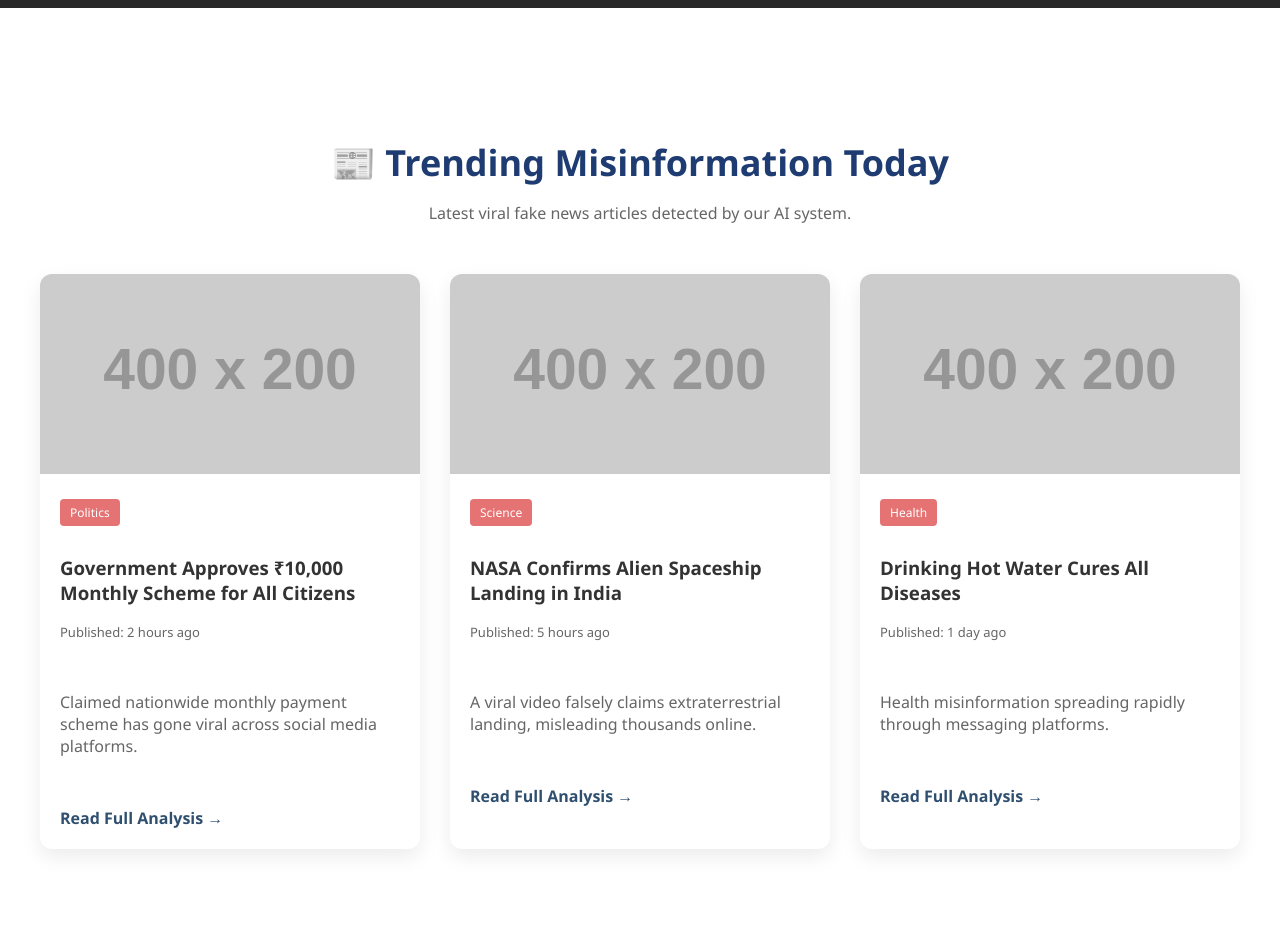
Repository: asadpathan2002-bot/Sprint1
Page: frontend/index.html
These files come from the project's save history. The page is drawn as it stood at one moment and after the next save; the edit follows.
The browser window is 1280 px wide. The pictures show the part of the page from y = 712 to 1664 px (the page is 1641 px tall before and 1664 px after).
Pictures or frames that could not be fetched are drawn as grey boxes.

Above is the page before, as saved 2026-03-03 13:38:16.

### frontend/index.html
<!DOCTYPE html>
<html lang="en">
<head>
<meta charset="UTF-8">
<meta name="viewport" content="width=device-width, initial-scale=1.0">
<title>TruthLens - Fake News Detection System</title>

<style>

/* ================= GLOBAL ================= */

* {
    box-sizing: border-box;
}

body {
    margin: 0;
    font-family: 'Segoe UI', sans-serif;
    background-color: #f4f6f9;
    color: #333;
}

/* ================= NAVBAR ================= */

.navbar {
    background: rgba(0,0,0,0.85);
    padding: 15px 50px;
    display: flex;
    justify-content: space-between;
    align-items: center;
    position: fixed;
    width: 100%;
    z-index: 1000;
}

.logo {
    height: 55px;
}

.nav-links {
    list-style: none;
    display: flex;
    gap: 35px;
    margin: 0;
    padding: 0;
}

.nav-links li a {
    text-decoration: none;
    color: #ffffff;
    font-weight: 500;
    transition: 0.3s;
}

.nav-links li a:hover {
    color: #00bfff;
}

/* ================= HERO ================= */

.hero {
    min-height: 100vh;
    background:
        linear-gradient(rgba(0,0,0,0.75), rgba(0,0,0,0.75)),
        url('https://images.unsplash.com/photo-1504711434969-e33886168f5c');
    background-size: cover;
    background-position: center;
    background-repeat: no-repeat;

    display: flex;
    flex-direction: column;
    justify-content: center;
    align-items: center;
    text-align: center;
    padding: 40px 20px;
    color: white;
}

.hero h1 {
    font-size: 55px;
    margin-bottom: 20px;
    letter-spacing: 2px;
    text-transform: uppercase;
}

.hero p {
    max-width: 650px;
    font-size: 19px;
    margin-bottom: 35px;
    line-height: 1.7;
    color: #ddd;
}

.hero button {
    padding: 14px 35px;
    font-size: 16px;
    border: none;
    background: linear-gradient(45deg, #007bff, #00bfff);
    color: white;
    border-radius: 30px;
    cursor: pointer;
    transition: 0.3s;
}

.hero button:hover {
    transform: scale(1.05);
    box-shadow: 0 0 20px rgba(0,191,255,0.6);
}

/* ================= SECTION ================= */

.section {
    padding: 100px 40px 80px 40px;
    text-align: center;
    background: #ffffff;
}

.section h2 {
    font-size: 36px;
    margin-bottom: 15px;
    color: #1e3c72;
}

.section p {
    max-width: 600px;
    margin: 0 auto 50px auto;
    color: #666;
}

/* ================= CARDS ================= */

.card-container {
    display: flex;
    justify-content: center;
    gap: 30px;
    flex-wrap: wrap;
}

.card {
    width: 280px;
    padding: 25px;
    background-color: #ffffff;
    border-radius: 15px;
    box-shadow: 0 10px 25px rgba(0,0,0,0.08);
    transition: 0.3s ease;
}

.card:hover {
    transform: translateY(-10px);
    box-shadow: 0 15px 30px rgba(0,0,0,0.15);
}

.tag {
    background-color: #e53935;
    color: white;
    padding: 5px 12px;
    border-radius: 20px;
    font-size: 12px;
    display: inline-block;
    margin-bottom: 12px;
}

.card h3 {
    font-size: 18px;
    margin-bottom: 10px;
}

.card p {
    font-size: 14px;
    color: #666;
}

.card button {
    margin-top: 15px;
    padding: 8px 15px;
    border: none;
    background-color: #1e3c72;
    color: white;
    border-radius: 20px;
    cursor: pointer;
    font-size: 13px;
}

.card button:hover {
    background-color: #16325c;
}

/* ===== News Grid Layout ===== */

.news-grid {
    display: grid;
    grid-template-columns: repeat(auto-fit, minmax(320px, 1fr));
    gap: 30px;
    margin-top: 40px;
}

.news-card {
    background: #ffffff;
    border-radius: 12px;
    overflow: hidden;
    box-shadow: 0 8px 20px rgba(0,0,0,0.08);
    transition: 0.3s ease;
}

.news-card:hover {
    transform: translateY(-8px);
    box-shadow: 0 12px 25px rgba(0,0,0,0.12);
}

.news-card img {
    width: 100%;
    height: 200px;
    object-fit: cover;
}

.news-content {
    padding: 20px;
    text-align: left;
}

.category {
    background-color: #E57373;
    color: white;
    font-size: 12px;
    padding: 5px 10px;
    border-radius: 4px;
    display: inline-block;
    margin-bottom: 10px;
}

.meta {
    font-size: 13px;
    color: #777;
    margin-bottom: 10px;
}

.news-content a {
    text-decoration: none;
    font-weight: bold;
    color: #2F4F6F;
}

.news-content a:hover {
    text-decoration: underline;
}
/* ================= VIEW ALL ================= */

.view-all {
    margin-top: 50px;
}

.view-all button {
    padding: 12px 25px;
    border: none;
    background: #1e3c72;
    color: white;
    border-radius: 25px;
    cursor: pointer;
}

.view-all button:hover {
    background: #16325c;
}

/* ================= RESPONSIVE ================= */

@media (max-width: 768px) {
    .navbar {
        flex-direction: column;
        gap: 15px;
    }

    .hero h1 {
        font-size: 32px;
    }

    .hero p {
        font-size: 16px;
    }
}

</style>
</head>

<body>

<nav class="navbar">
    <img src="logo.png" alt="TruthLens Logo" class="logo">
    <ul class="nav-links">
        <li><a href="predict.html">Predict</a></li>
        <li><a href="about.html">About</a></li>
    </ul>
</nav>

<div class="hero">
    <h1>Fake News Detection System</h1>
    <p>
        Detect misinformation instantly with AI-powered analysis.
        Verify whether a news article is Fake or Real within seconds.
    </p>
    <button onclick="window.location.href='predict.html'">
        Check News Now
    </button>
</div>
<!-- TRENDING MISINFORMATION SECTION -->
<div class="section">

    <h2>📰 Trending Misinformation Today</h2>
    <p>Latest viral fake news articles detected by our AI system.</p>

    <div class="news-grid">

        <!-- Article 1 -->
        <div class="news-card">
            <img src="https://via.placeholder.com/400x200" alt="news">
            <div class="news-content">
                <span class="category">Politics</span>
                <h3>Government Approves ₹10,000 Monthly Scheme for All Citizens</h3>
                <p class="meta">Published: 2 hours ago</p>
                <p>Claimed nationwide monthly payment scheme has gone viral across social media platforms.</p>
                <a href="#">Read Full Analysis →</a>
            </div>
        </div>

        <!-- Article 2 -->
        <div class="news-card">
            <img src="https://via.placeholder.com/400x200" alt="news">
            <div class="news-content">
                <span class="category">Science</span>
                <h3>NASA Confirms Alien Spaceship Landing in India</h3>
                <p class="meta">Published: 5 hours ago</p>
                <p>A viral video falsely claims extraterrestrial landing, misleading thousands online.</p>
                <a href="#">Read Full Analysis →</a>
            </div>
        </div>

        <!-- Article 3 -->
        <div class="news-card">
            <img src="https://via.placeholder.com/400x200" alt="news">
            <div class="news-content">
                <span class="category">Health</span>
                <h3>Drinking Hot Water Cures All Diseases</h3>
                <p class="meta">Published: 1 day ago</p>
                <p>Health misinformation spreading rapidly through messaging platforms.</p>
                <a href="#">Read Full Analysis →</a>
            </div>
        </div>

    </div>

</div>

</body>
</html>

After the next save:
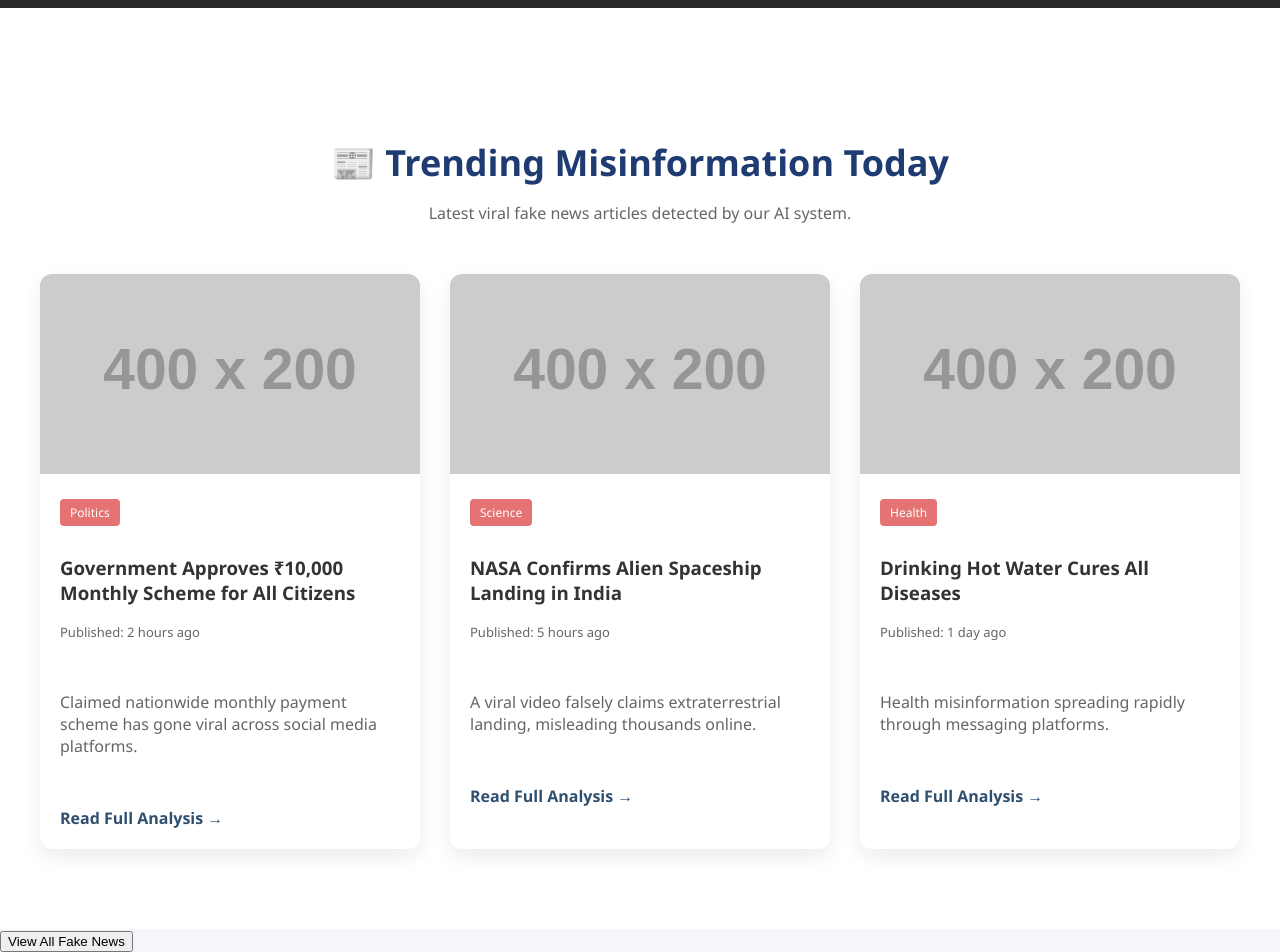
Saved 2 min 47 s later.
--- a/frontend/index.html
+++ b/frontend/index.html
@@ -350,5 +350,11 @@ body {
 
 </div>
 
+<div class="view-all-news">
+    <button onclick="window.location.href='all-news.html'">
+        View All Fake News
+    </button>
+</div>
+
 </body>
 </html>
